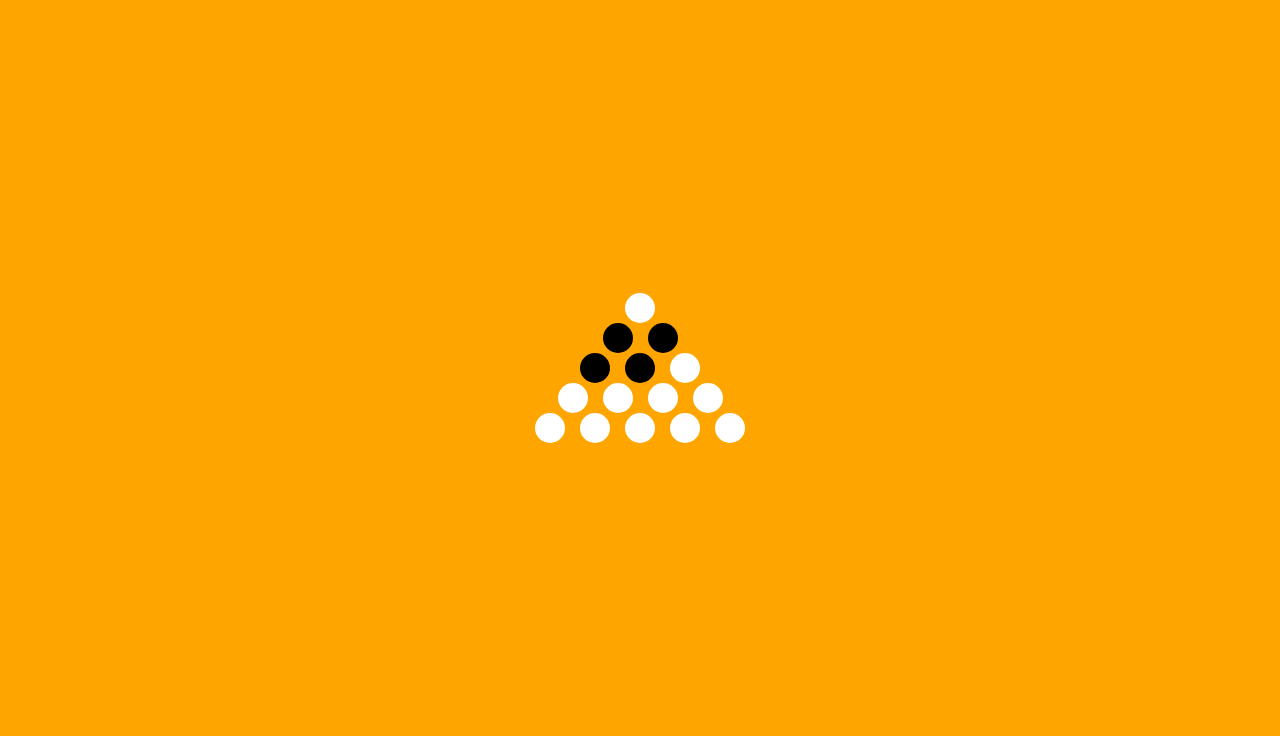
Repository: Yash19075/Mathematical-Peg-game
Page: Peg-game.html
The author's editor kept a copy of each file at every save. The page is drawn from the files as they stood at one save, then again after the next save.
The browser window is 1280 px wide. The pictures show the whole page.

Above is the page before, as saved 2025-03-16 14:40:37.

After the next save:
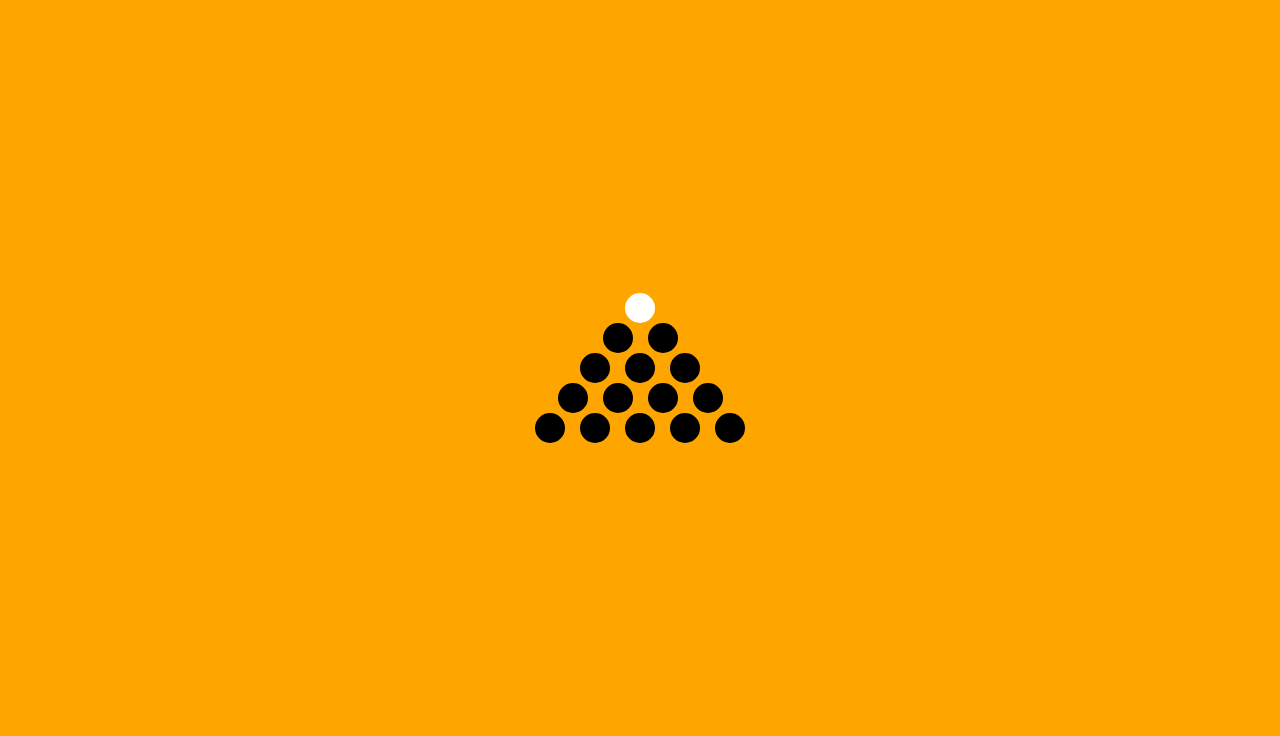
Saved 2 min 50 s later.
--- a/Peg-game.js
+++ b/Peg-game.js
@@ -15,7 +15,7 @@
         {
             if(index != 0)
             {
-                pegs[i].style.backgroundColor = "black";
+                pegs[index].style.backgroundColor = "black";
             }
             // console.log(`Peg at (${i}, ${j}): ${peg[i][j]}`);
             pegs[index].dataset.row = i;
